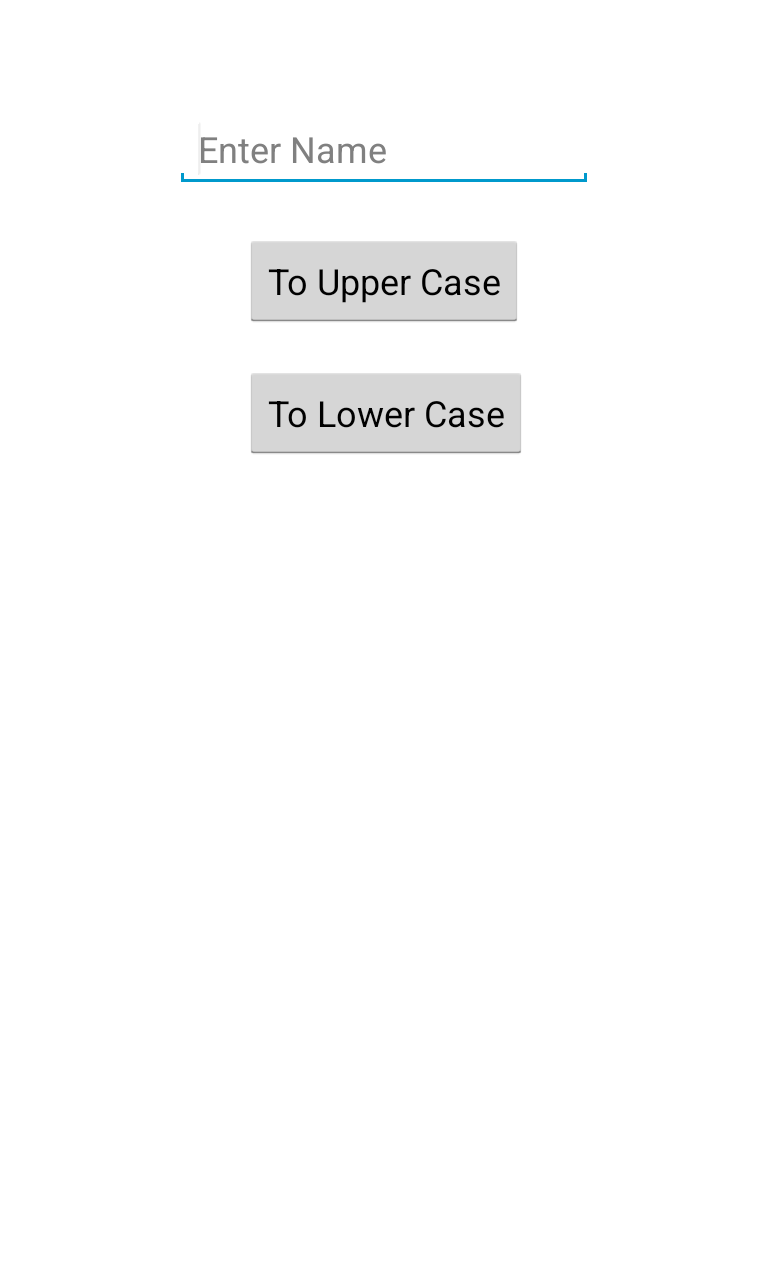
Repository: 12030121030/eventhandling
Layout: upperlowercase/res/layout/activity_main.xml
The author's editor kept a copy of each file at every save. The layout is drawn from the files as they stood at one save, then again after the next save.
It is drawn on a 768 x 1280 px phone screen (xhdpi) without system bars, with theme AppTheme; the app's code is not run.

Above is the layout before, as saved 2014-12-19 05:46:45.

After the next save:
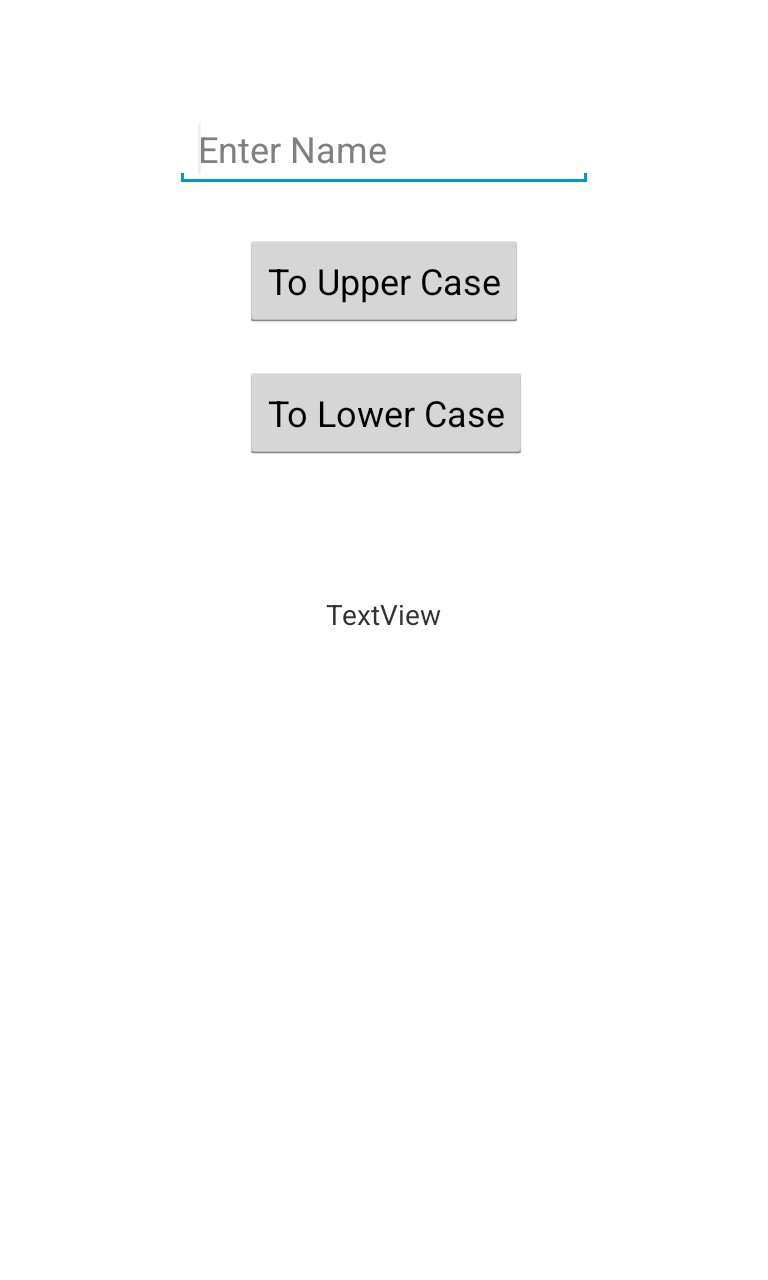
Saved 21 s later.
--- a/upperlowercase/res/layout/activity_main.xml
+++ b/upperlowercase/res/layout/activity_main.xml
@@ -40,4 +40,13 @@
         android:layout_marginTop="18dp"
         android:text="To Lower Case" />
 
+    <TextView
+        android:id="@+id/textView1"
+        android:layout_width="wrap_content"
+        android:layout_height="wrap_content"
+        android:layout_below="@+id/button2"
+        android:layout_centerHorizontal="true"
+        android:layout_marginTop="67dp"
+        android:text="TextView" />
+
 </RelativeLayout>
